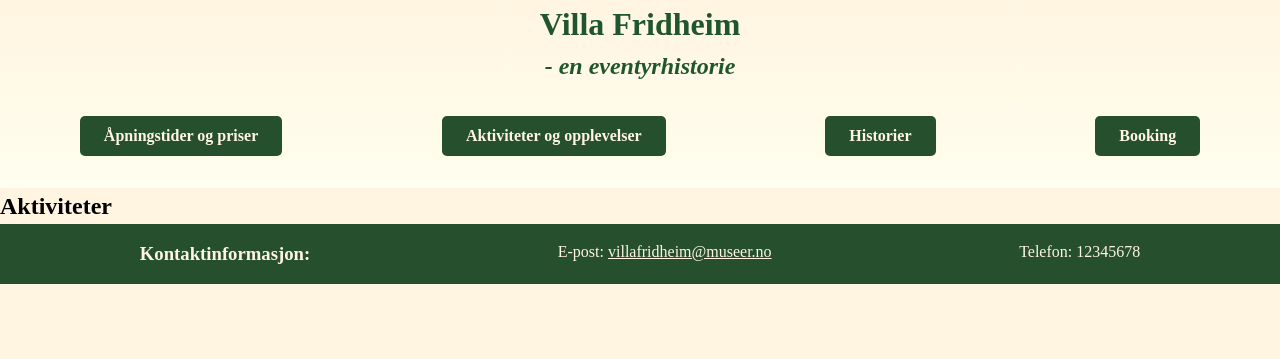
Repository: IdaHolmen/villa-fridheim
Page: src/activities.html
An editor plug-in stored every save of this project. The page is shown before and after the next save, followed by the edit.
The browser window is 1280 px wide. The pictures show the whole page.
Some web fonts or font styles are not loaded; a fallback is used.

Above is the page before, as saved 2024-10-07 12:47:46.

After the next save:
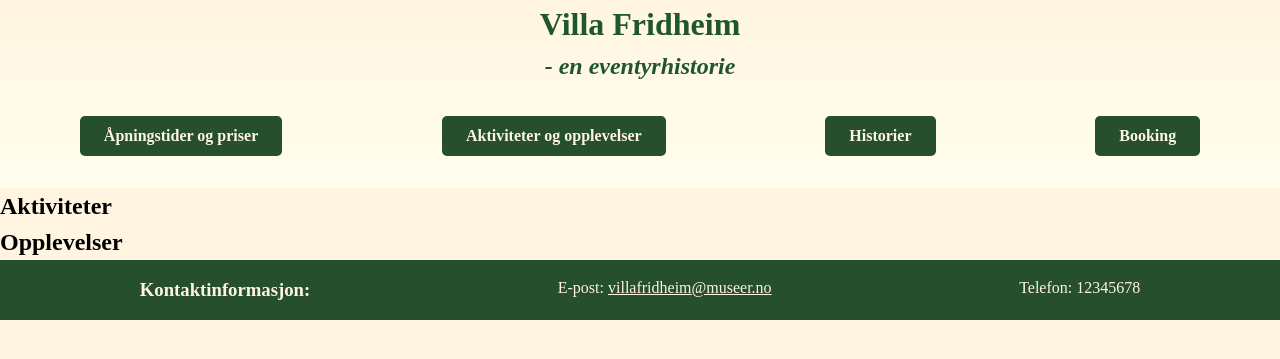
Saved 46 s later.
--- a/src/activities.html
+++ b/src/activities.html
@@ -21,8 +21,11 @@
         </header>
 
         <main class="main-activities-container">
-            <section>
+            <section class="activities-section">
                 <h2>Aktiviteter</h2>
+            </section>
+            <section class="experience-section">
+                <h2>Opplevelser</h2>
             </section>
         </main>
 
